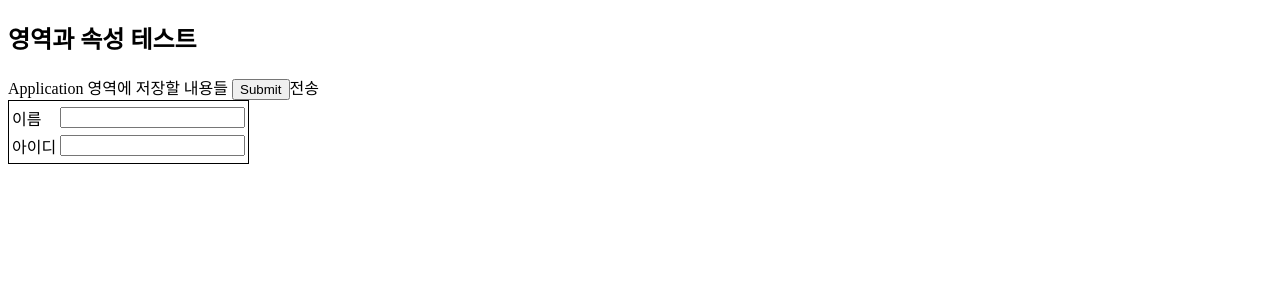
Repository: BancaKim/teamproject4
Page: http://localhost/JspDay3/JSPTEST2/dataTest1.jsp
These files come from the project's save history. The page is drawn as it stood at one moment and after the next save; the edit follows.
The browser window is 1280 px wide. The pictures show the whole page.
The page is served by Tomcat 9.

Above is the page before, as saved 2024-05-02 00:28:06.

### JspDay3/src/main/webapp/JSPTEST2/dataTest1.jsp
<%@ page language="java" contentType="text/html; charset=UTF-8"
    pageEncoding="UTF-8"%>
<!DOCTYPE html>
<html>
<head>
<meta charset="UTF-8">
<title>Insert title here</title>
</head>
<body>
<h2>영역과 속성 테스트</h2>
<form>
<table style="border:1px solid;'">
<tr>
Application 영역에 저장할 내용들
</tr>
<tr>
<td>이름</td>
<td><input type="text"></td>
</tr>
<tr>
<td>아이디</td>
<td><input type="text"></td>
</tr>
<tr>
<input type="submit">전송
</tr>


</table>


</form>
</body>
</html>

After the next save:
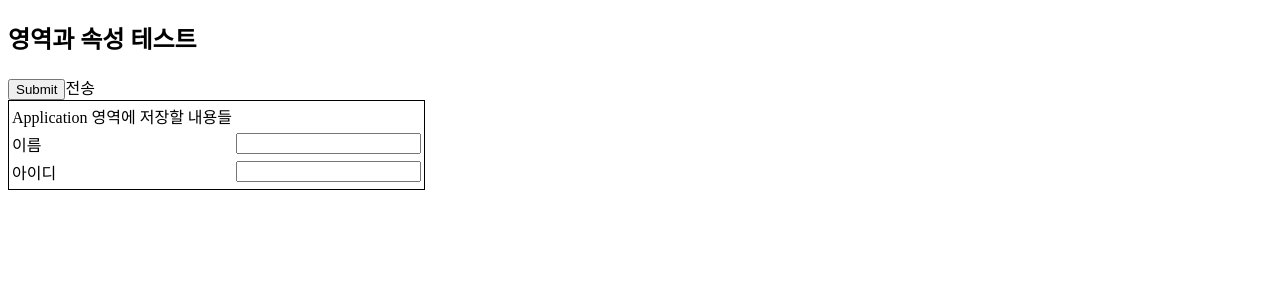
Saved 20 s later.
--- a/JspDay3/src/main/webapp/JSPTEST2/dataTest1.jsp
+++ b/JspDay3/src/main/webapp/JSPTEST2/dataTest1.jsp
@@ -11,7 +11,7 @@
 <form>
 <table style="border:1px solid;'">
 <tr>
-Application 영역에 저장할 내용들
+<td>Application 영역에 저장할 내용들</td>
 </tr>
 <tr>
 <td>이름</td>
